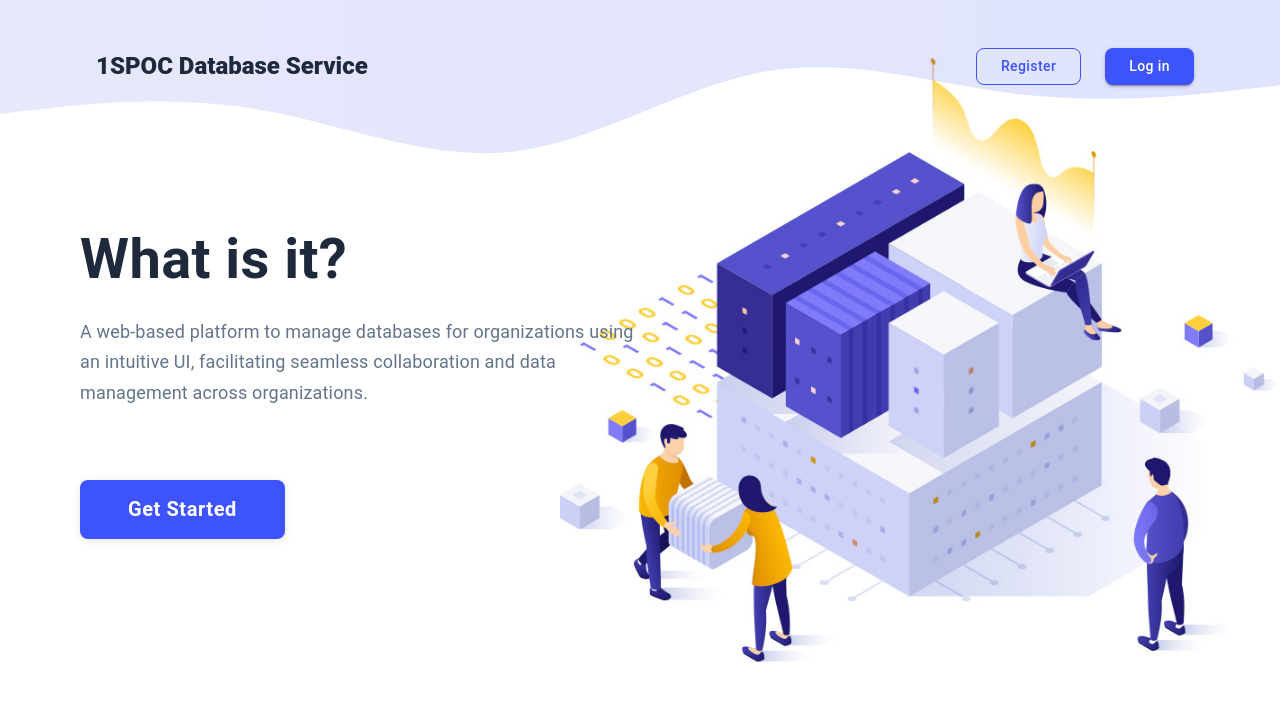
Repository: TanmayVaidya742/DbService
Page: / (app in frontend/)
An editor plug-in stored every save of this project. The page is shown before and after a run of saves, followed by the edit.
The browser window is 1280 px wide. The pictures show the whole page.
The page's requests for data from a server got no answer. The project was rebuilt for these pictures with package versions that can differ from the ones it lists, and the page was loaded fresh each time. No one was signed in, and anything a server would have sent is missing. Also part of the build but not shown: frontend/src/components/Login.js, frontend/src/components/Register.js, frontend/src/components/Dashboard.js, frontend/src/components/AddDatabaseDialog.js, frontend/src/components/UserDashboard.js, frontend/src/components/Organizations.js, frontend/src/components/EditTableDialog.js, frontend/src/components/CreateTableDialog.js and 3 more.

Above is the page before, as saved 2025-05-08 10:54:15.

### frontend/src/App.js
import React, { useState, useEffect } from 'react';
import { BrowserRouter as Router, Routes, Route, Navigate } from 'react-router-dom';
import { ThemeProvider, createTheme } from '@mui/material';
import Login from './components/Login';
import Register from './components/Register';
import Dashboard from './components/Dashboard';
import LandingPage from './components/LandingPage';
import UserDashboard from './components/UserDashboard';
import Organizations from './components/Organizations';
import axios from 'axios';
import DatabaseDetails from './components/DatabaseDetails';
import './styles/theme.css';
import PricingPlans from './components/PricingPlans';


const theme = createTheme({
  palette: {
    primary: {
      main: '#1976d2',
    },
    secondary: {
      main: '#dc004e',
    },
  },
});

const PrivateRoute = ({ children }) => {
  const token = localStorage.getItem('token');
  return token ? children : <Navigate to="/" />;
};

function App() {
  const [hasUsers, setHasUsers] = useState(null);
  const [loading, setLoading] = useState(true);

  useEffect(() => {
    const checkUsers = async () => {
      try {
        const response = await axios.get('http://localhost:5000/api/auth/check-users');
        setHasUsers(response.data.hasUsers);
      } catch (error) {
        console.error('Error checking users:', error);
        setHasUsers(false);
      } finally {
        setLoading(false);
      }
    };

    checkUsers();
  }, []);

  if (loading) {
    return <div>Loading...</div>;
  }

  return (
    <ThemeProvider theme={theme}>
      <Router>
        <Routes>
          <Route path="/" element={<LandingPage />} />
          <Route
            path="/login"
            element={<Login />}
          />
          <Route
            path="/register"
            element={<Register />}
          />
          <Route
            path="/superadmin-dashboard"
            element={
              <PrivateRoute>
                <Dashboard />
              </PrivateRoute>
            }
          />
          <Route path="/databases" element={<UserDashboard />} />
          <Route path="/organizations" element={<Organizations />} />
          <Route path="/database/:dbName" element={<DatabaseDetails />} />
          <Route path="/pricing" element={<PricingPlans />} />


        </Routes>
      </Router>
    </ThemeProvider>
  );
}

export default App;

### frontend/src/styles/theme.css
:root {
  /* Color Palette - Blue Theme */
  --primary-color: #3d53fb; /* Tailwind's blue-500 */
  --primary-hover: #6b9efc; /* Tailwind's blue-600 */
  --primary-light: rgba(59, 130, 246, 0.08);
  --primary-light-hover: rgba(59, 130, 246, 0.12);
  --primary-text: white;

  --secondary-color: #6e74eb; /* Tailwind's blue-400 */
  --error-color: #515ff9;     /* Tailwind's red-500 */
  --success-color: #10b981;   /* Tailwind's emerald-500 */
  --warning-color: #f59e0b;   /* Tailwind's amber-500 */
  --info-color: #0ea5e9;      /* Tailwind's sky-500 */

  /* Background Colors */
  --bg-primary: #ffffff;
  --bg-secondary: #ffffff;    /* Tailwind's slate-50 */
  --bg-paper: #ffffff;

  /* Text Colors */
  --text-primary: #1e293b;    /* Tailwind's slate-800 */
  --text-secondary: #64748b;  /* Tailwind's slate-600 */
  --text-disabled: #94a3b8;   /* Tailwind's slate-400 */

  /* Borders */
  --border-color: rgba(0, 0, 0, 0.12);
  --border-radius: 8px;
  --border-radius-sm: 4px;

  /* Typography */
  --font-family: 'Roboto', 'Helvetica', 'Arial', sans-serif;
  --font-size-base: 1rem;
  --font-size-small: 0.875rem;
  --font-size-large: 1.25rem;

  /* Shadows */
  --shadow-sm: 0 1px 3px rgba(0,0,0,0.12);
  --shadow-md: 0 4px 6px rgba(0,0,0,0.1);
  --shadow-lg: 0 6px 20px rgba(0,0,0,0.1);

  /* Spacing */
  --spacing-unit: 8px;
}

/* Typography classes */
body {
  font-family: var(--font-family);
  color: var(--text-primary);
  background-color: var(--bg-secondary);
}

h1, h2, h3, h4, h5, h6 {
  color: var(--text-primary);
  font-weight: 600;
}

### frontend/src/components/LandingPage.js
import React from 'react';
import { useNavigate } from 'react-router-dom';
import { Button, Container, Typography, Grid } from '@mui/material';
import { styled } from '@mui/material/styles';

const MainSection = styled('section')({
  minHeight: '100vh',
  position: 'relative',
  overflow: 'hidden',
  overflowY: 'hidden',
  backgroundColor: 'rgba(250, 247, 247, 0.1)',
  backgroundImage: 'url(/assets/images/database.jpg)',
  backgroundPosition: 'center right',
  backgroundRepeat: 'no-repeat',
  backgroundSize: 'contain',
  display: 'flex',
  flexDirection: 'column',
  justifyContent: 'center', // Center content vertically
});

const WaveBackground = styled('div')({
  position: 'absolute',
  top: 0,
  left: 0,
  right: 0,
  zIndex: 0,
  opacity: 0.8, // Slightly reduce opacity for better blending
});

const Navbar = styled('nav')({
  position: 'relative',
  zIndex: 2,
  padding: '1.5rem 0', // Increased padding for better spacing
});

const NavContent = styled('div')({
  display: 'flex',
  justifyContent: 'space-between',
  alignItems: 'center',
  padding: '0 1rem', // Add padding for better alignment
});

const LogoContainer = styled('div')({
  display: 'flex',
  alignItems: 'center',
});

const NavButtons = styled('div')({
  display: 'flex',
  gap: '1.5rem', // Increased gap for better spacing between buttons
  justifyContent: 'flex-end',
});

const MainContent = styled('main')({
  position: 'relative',
  zIndex: 1,
  marginTop: '4rem', // Reduced to bring content closer to navbar
  flexGrow: 1, // Allow content to take remaining space
});

const ButtonGroup = styled('div')({
  display: 'flex',
  gap: '1.5rem', // Increased gap for better spacing
  marginTop: '2.5rem', // Slightly increased for balance
});

const ContentContainer = styled('div')({
  display: 'flex',
  flexDirection: 'column',
  justifyContent: 'center',
  height: '100%',
  padding: '3rem', // Increased padding for better spacing
  borderRadius: 'var(--border-radius)',
  maxWidth: '600px', // Constrain width for better readability
});

const LandingPage = () => {
  const navigate = useNavigate();

  return (
    <MainSection>
      <WaveBackground>
        <svg xmlns="http://www.w3.org/2000/svg" viewBox="0 0 1440 320" style={{ display: 'block' }}>
          <defs>
            <linearGradient id="wave-gradient" x1="0%" y1="0%" x2="100%" y2="0%">
              <stop offset="0%" stopColor="var(--secondary-color)" />
              <stop offset="100%" stopColor="var(--primary-color)" />
            </linearGradient>
          </defs>
          <path
            fill="url(#wave-gradient)"
            fillOpacity="0.2"
            d="M0,128L48,122.7C96,117,192,107,288,122.7C384,139,480,181,576,170.7C672,160,768,96,864,80C960,64,1056,96,1152,106.7C1248,117,1344,107,1392,101.3L1440,96L1440,0L1392,0C1344,0,1248,0,1152,0C1056,0,960,0,864,0C768,0,672,0,576,0C480,0,384,0,288,0C192,0,96,0,48,0L0,0Z"
          />
        </svg>
      </WaveBackground>

      <Navbar>
        <Grid paddingLeft={10} marginTop={3}>
          <NavContent>
            <Typography
              variant="h5"
              sx={{
                color: 'var(--text-primary)',
                fontWeight: 900,

                cursor: 'pointer',
                '&:hover': { color: 'var(--primary-color)' }
              }}
              onClick={() => navigate('/')}
            >
              1SPOC Database Service
            </Typography>
            <NavButtons>
            <Button
                variant="outlined"
                sx={{
                  borderColor: 'var(--primary-color)',
                  color: 'var(--primary-color)',
                  textTransform: 'none',
                  px: 3,
                  borderRadius: 'var(--border-radius)',
                  '&:hover': {
                    borderColor: 'var(--primary-hover)',
                    backgroundColor: 'var(--primary-light)',
                  }
                }}
                onClick={() => navigate('/register')}
              >
                Register
              </Button>
              <Button
                variant="contained"
                sx={{
                  bgcolor: 'var(--primary-color)',
                  color: 'var(--primary-text)',
                  textTransform: 'none',
                  px: 3,
                  borderRadius: 'var(--border-radius)',
                  '&:hover': {
                    bgcolor: 'var(--primary-hover)',
                  },
                  mr: '70px'


                }}
                onClick={() => navigate('/login')}
              >
                Log in
              </Button>
            </NavButtons>
          </NavContent>
        </Grid>
      </Navbar>

      <MainContent>
        <Grid maxWidth="lg">
          <Grid
            container
            spacing={4} // Reduced spacing for a tighter layout
            alignItems="center"
            justifyContent="flex-start"
            sx={{ minHeight: 'calc(100vh - 300px)' }}
          >
            <Grid item xs={12} md={6} sx={{ display: 'flex', flexDirection: 'column' }}>
              <ContentContainer>
                <Typography
                  variant="h4"
                  component="h3"
                  gutterBottom
                  sx={{
                    fontWeight: 700,
                    color: 'var(--text-primary)',
                    mb: 3,

                    ml: 4,
                    fontSize: { xs: '2.5rem', md: '3.5rem' },
                    lineHeight: 1.2,
                  }}
                >
                  What is it?
                </Typography>
                <Typography
                  variant="body1"
                  sx={{
                    color: 'var(--text-secondary)',
                    mb: 4,
                    ml:4,
                    fontSize: '1.125rem',
                    lineHeight: 1.7,
                    overflowWrap: 'break-word',
                    whiteSpace: 'normal',
                  }}
                >
                  A web-based platform to manage databases for organizations using an intuitive UI, facilitating seamless collaboration and data management across organizations.
                </Typography>
                <ButtonGroup
                sx={{ml: 4}}>
                  <Button
                    variant="contained"
                    sx={{
                      bgcolor: 'var(--primary-color)',
                      color: 'var(--primary-text)',
                      textTransform: 'none',
                      px: 6,
                      py: 1.5,
                      fontSize: '1.25rem', // Increased font size for emphasis
                      fontWeight: 600, // Bold for emphasis
                      borderRadius: 'var(--border-radius)',
                      boxShadow: '0 2px 8px rgba(0, 0, 0, 0.1)', // Add subtle shadow
                      '&:hover': {
                        bgcolor: 'var(--primary-hover)',
                        boxShadow: '0 4px 12px rgba(0, 0, 0, 0.15)', // Enhanced hover effect
                      },
                    }}
                    onClick={() => navigate('/login')}
                  >
                    Get Started
                  </Button>
                </ButtonGroup>
              </ContentContainer>
            </Grid>
          </Grid>
        </Grid>
      </MainContent>
    </MainSection>
  );
};

export default LandingPage;

Loaded but not shown: frontend/public/index.html (common file); frontend/src/index.js (common file); frontend/src/index.css (common file); frontend/src/reportWebVitals.js (common file)

After the next 2 saves:
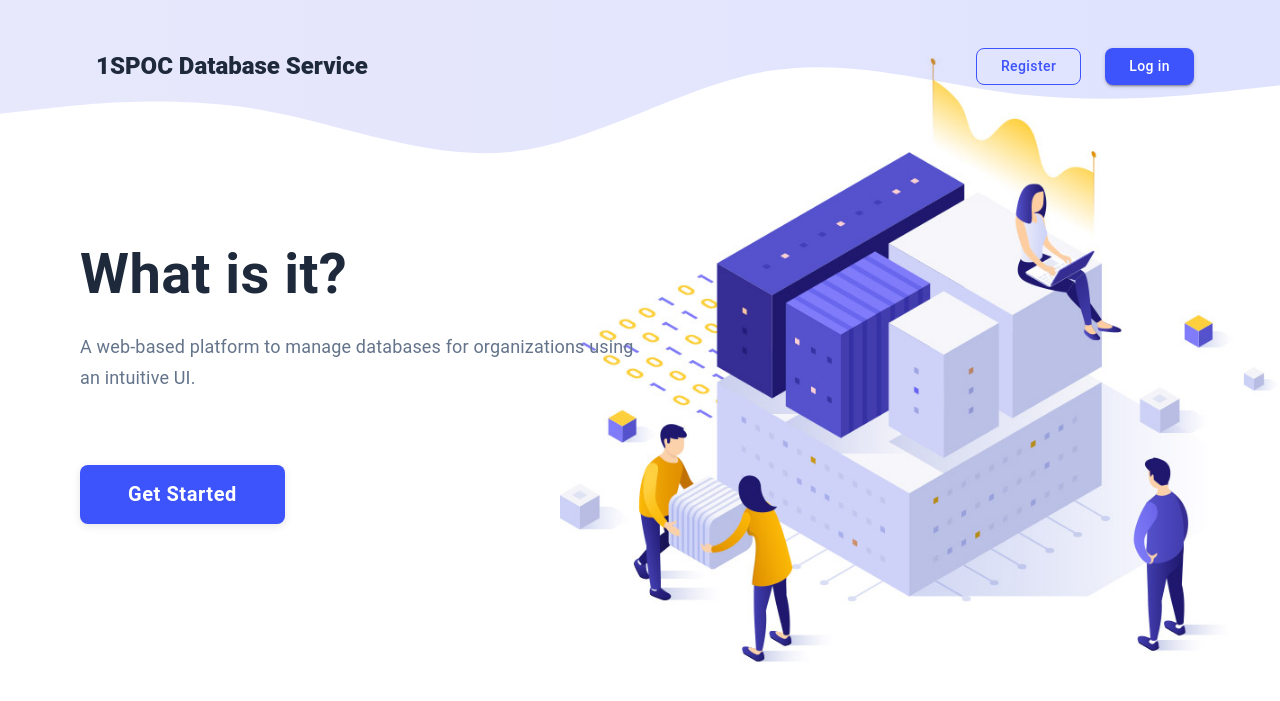
The 2 saves are shown as one change because they came seconds apart.
The last was saved 18 s later.
--- a/frontend/src/components/LandingPage.js
+++ b/frontend/src/components/LandingPage.js
@@ -192,7 +192,7 @@
                     whiteSpace: 'normal',
                   }}
                 >
-                  A web-based platform to manage databases for organizations using an intuitive UI, facilitating seamless collaboration and data management across organizations.
+                  A web-based platform to manage databases for organizations using an intuitive UI.
                 </Typography>
                 <ButtonGroup
                 sx={{ml: 4}}>

After the save that followed:
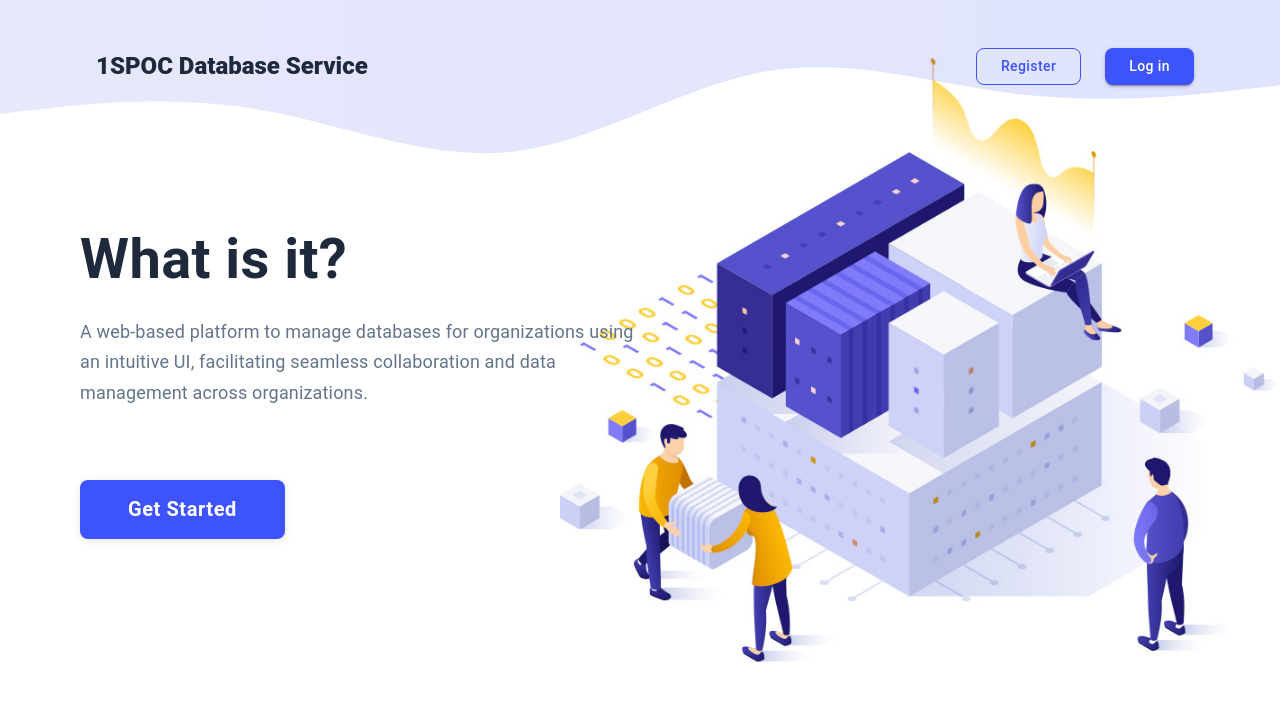
Saved 8 s later.
--- a/frontend/src/components/LandingPage.js
+++ b/frontend/src/components/LandingPage.js
@@ -192,7 +192,7 @@
                     whiteSpace: 'normal',
                   }}
                 >
-                  A web-based platform to manage databases for organizations using an intuitive UI.
+                  A web-based platform to manage databases for organizations using an intuitive UI, facilitating seamless collaboration and data management across organizations.
                 </Typography>
                 <ButtonGroup
                 sx={{ml: 4}}>
